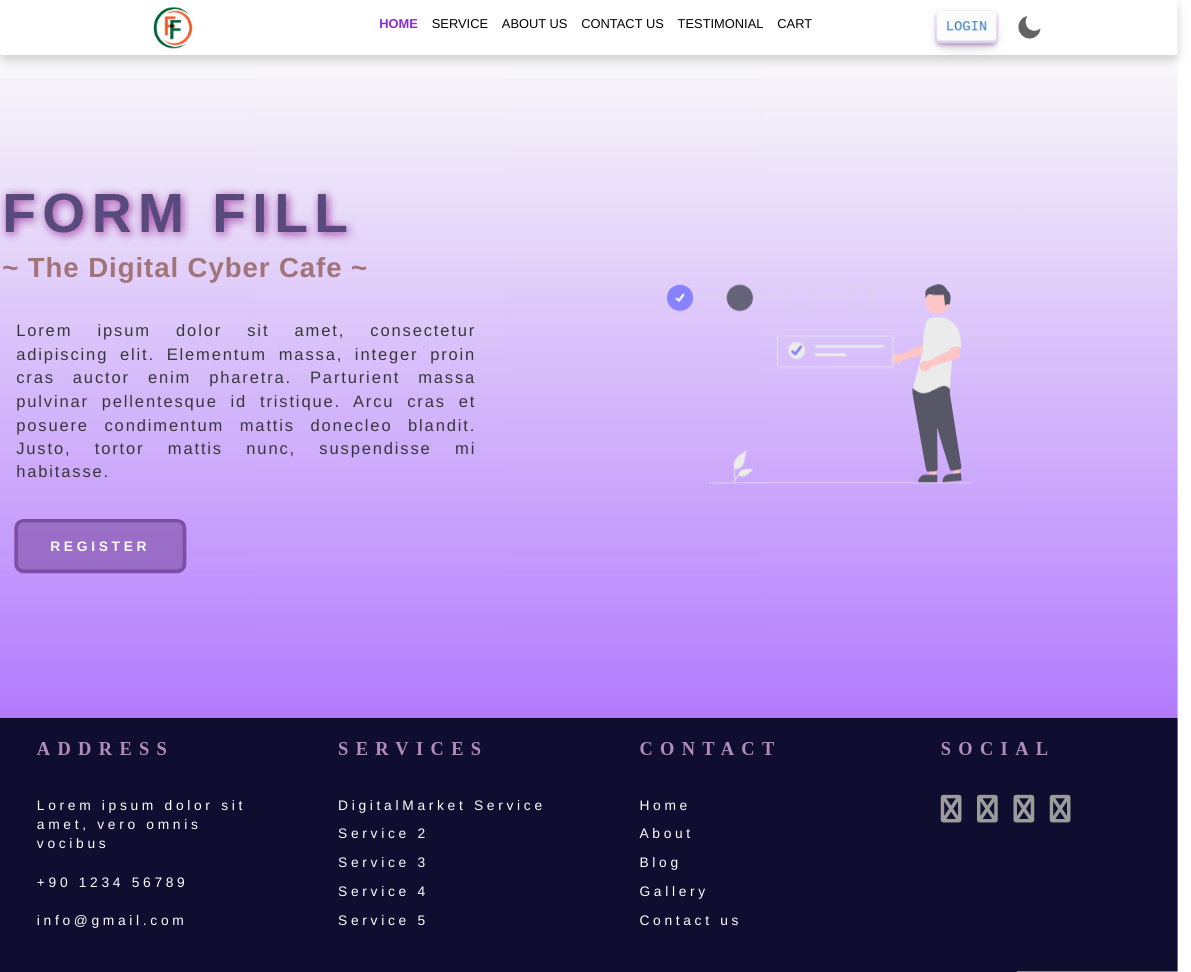
Repository: codervivek5/Formfil
Page: index.html
An editor plug-in stored every save of this project. The page is shown before and after the next save, followed by the edit.
The browser window is 1280 px wide. The page is 1295 px wide, so the pictures cover 1295 px, including what lies to the right of the window. The pictures show the whole page, at 92% of full size.
Some web fonts or font styles are not loaded; a fallback is used.

Above is the page before, as saved 2023-03-04 21:09:56.

### index.html
<!DOCTYPE html>
<html lang="en">

<head>
	<meta charset="UTF-8" />
	<meta http-equiv="X-UA-Compatible" content="IE=edge" />
	<meta name="viewport" content="width=device-width, initial-scale=1.0" />
	<title>Home-FormFil</title>
	<link rel="stylesheet" href="style/style.css" />
     <link rel="stylesheet" href="style/theme.css">

	<link rel="stylesheet" href="https://maxcdn.bootstrapcdn.com/bootstrap/3.4.1/css/bootstrap.min.css">
	<script src="https://ajax.googleapis.com/ajax/libs/jquery/3.6.0/jquery.min.js"></script>
     <script src="https://maxcdn.bootstrapcdn.com/bootstrap/3.4.1/js/bootstrap.min.js"></script>

	<link rel="stylesheet" href="https://fonts.googleapis.com/css?family=Trirong" />
	<link rel="icon" type="image/x-icon" href="./img/crop_logo.png" />
	<link rel="stylesheet" href="https://cdnjs.cloudflare.com/ajax/libs/font-awesome/6.2.1/css/all.min.css">
</head>

<body>

    <div class="loader">
          <img class= "imgload" src="img/logo.png"  alt="">
     </div>

     <header class="navbar">
      <a href="index.html"><img class="logo" src="img/logo.png" width="100px" height="100px" /></a>

      <div class="navbar-opt">
        <ul class="navbar-list">
          <li><a href="index.html" class="nav-link active">HOME</a></li>
          <li><a href="pages/service.html" class="nav-link">SERVICE </a></li>
          <li><a href="pages/about_us.html" class="nav-link">ABOUT US </a></li>
          <li><a href="pages/contact-us.html" class="nav-link">CONTACT US </a></li>
          <li><a href="pages/testimonial.html" class="nav-link">TESTIMONIAL</a></li>
          <li><a href="pages/cart.html" class="nav-link">CART</a></li>
        </ul>
      </div>

      <div class="fixed-buttons">
        <button><a href="pages/login.html" class="lgn">LOGIN</a></button>
        <img src="img/moon.png" id="icon">
      </div>

      <div class="mobile-menu">
        <ion-icon name="menu-outline" class="menu-icon"></ion-icon>
        <ion-icon name="close-outline" class="menu-icon"></ion-icon>
      </div>

     </header>

	<div class="main">

		<div class="container">
			<div class="content animated fadeInLeft">
				<h1>FORM FILL</h1>
				<h2>~ The Digital Cyber Cafe ~</h2>
				<p class="para">
					Lorem ipsum dolor sit amet, consectetur adipiscing elit.
          Elementum massa, integer proin cras auctor enim pharetra.
					Parturient massa pulvinar pellentesque id tristique.
          Arcu cras et posuere condimentum mattis donecleo blandit.
          Justo, tortor mattis nunc, suspendisse mi habitasse.
				</p>
				<div class="btn">
					<a href="pages/signup.html"> <button class="btn1 button">REGISTER</button></a>
				</div>
			</div>
			<div class="shipp">
				<img src="img/svg.svg" />
        <!-- <img src="img/formfilSvg.svg" /> -->
			</div>
		</div>
	</div>

<!-- footer section -->
<footer>
    <div>
        <div class="row">
            <div class="col-lg-3 col-md-5 col-sm-4 col-xs-12">
                <ul class="adress">
                     <span>Address</span>
                     <li>
                        <p>Lorem ipsum dolor sit amet, vero omnis vocibus</p>
                      </li>

                      <li>
                        <p>+90 1234 56789</p>
                      </li>

                      <li>
                        <p>info@gmail.com</p>
                      </li>
                 </ul>
            </div>
            <div class="col-lg-3 col-md-5 col-sm-4 col-xs-12">
               <ul class="service">
                    <span>Services</span>
                    <li>
                       <a href="#">DigitalMarket Service</a>
                     </li>

                     <li>
                        <a href="#">Service 2</a>
                     </li>

                     <li>
                       <a href="#">Service 3</a>
                     </li>

                     <li>
                        <a href="#">Service 4 </a>
                     </li>

                     <li>
                       <a href="#">Service 5</a>
                    </li>
               </ul>
           </div>
            <div class="col-lg-3 col-md-3 col-sm-4 col-xs-12">
                <ul class="contact">
                     <span>Contact</span>
                     <li>
                        <a href="index.html">Home</a>
                      </li>

                      <li>
                         <a href="pages/about_us.html">About</a>
                      </li>

                      <li>
                        <a href="#">Blog</a>
                      </li>

                      <li>
                         <a href="#">Gallery </a>
                      </li>

                      <li>
                        <a href="pages/contact-us.html">Contact us</a>
                     </li>
                </ul>
            </div>

            <div class="col-lg-3 col-md-3 col-sm-4 col-xs-12">
               <ul class="social">
                    <span>Social</span>
                    <li>
                         <a href="https://www.facebook.com/codervivek"  target="_blank"><i class="fa fa-facebook fa-2x"></i></a>
                    </li>

                    <li>
                         <a href="https://github.com/codervivek5" target="_blank"><i class="fa fa-github fa-2x"></i></a>
                    </li>

                    <li>
                         <a href="https://www.linkedin.com/in/codervivek/" target="_blank"><i class="fa fa-linkedin fa-2x"></i></a>
                    </li>

                    <li>
                         <a href="https://twitter.com/codervivek5" target="_blank"><i class="fa fa-twitter fa-2x"></i></a>
                    </li>

                    <li>
                         <a href="https://www.youtube.com/codervivek" target="_blank"><i class="fa fa-youtube-play fa-2x"></i></a>
                   </li>
                  </ul>
            </div>
       </div>
    </div>
    <button class="back-to-top hidden">
     <svg
     xmlns="http://www.w3.org/2000/svg"
     class="back-to-top-icon"
     fill="none"
     viewBox="0 0 24 24"
     stroke="currentColor"
   >
     <path
       stroke-linecap="round"
       stroke-linejoin="round"
       stroke-width="2"
       d="M7 11l5-5m0 0l5 5m-5-5v12"
     />
   </svg></button>
</footer>


<script>

     // Javascript Code for Dark Mode Switch
	var icon = document.getElementById("icon");
	icon.onclick = function(){
		document.body.classList.toggle("dark-mode");
		if (document.body.classList.contains("dark-mode")){
			icon.src="img/sun.png";
		}
		else {
			icon.src="img/moon.png";
		}
	}
  //javascript for loader
  $(document).ready(function() {
      // Animate loader off screen
   setTimeout(function() {
    $(".loader").fadeOut("slow");
   }, 0);
  });
      // Javascript Code for Scroll to top Button
      const showOnPx = 100;
      const backToTopButton = document.querySelector(".back-to-top")

     const scrollContainer = () => {
       return document.documentElement || document.body;
      };

 document.addEventListener("scroll", () => {
   if (scrollContainer().scrollTop > showOnPx) {
     backToTopButton.classList.remove("hidden")
   } else {
     backToTopButton.classList.add("hidden")
   }
 })
 const goToTop = () => {
   document.body.scrollIntoView({
     behavior: "smooth",
   });
 };
 backToTopButton.addEventListener("click", goToTop);

 const mobile_nav= document.querySelector('.mobile-menu');
const nav_header= document.querySelector(".navbar");

const toggleNav = () =>{
  nav_header.classList.toggle("switchOn");
}

mobile_nav.addEventListener('click', () => toggleNav());

</script>
<script type="module" src="https://unpkg.com/ionicons@5.5.2/dist/ionicons/ionicons.esm.js"></script>
<script nomodule src="https://unpkg.com/ionicons@5.5.2/dist/ionicons/ionicons.js"></script>
</body>
</html>

### style/style.css
@import url('https://fonts.googleapis.com/css2?family=Tilt+Prism&display=swap');

body{
	margin:0;
	padding:0;
	background:black;
font-family: 'Times New Roman', Times, serif;
overflow-x: hidden;
}
.main{
	position: relative;
	height:100%;
	width:100%;
	background-position: center;
	background-repeat: no-repeat;
	background-size: cover;
	opacity: 0.8;

}
.navbar{
    padding: 0 !important;
    padding: 0 3rem;
    height: 6rem;
    display: flex;
    justify-content: space-between;
    align-items: center;
    margin-bottom: 0 !important;
    box-shadow: 0px 5px 10px #48464640 !important;
    z-index: 999;
}

.navbar-opt{
    transition: all 0.5s;
  }

  .navbar-list{
    display: flex;
    gap: 1.5rem;
    list-style: none;
  }

  .fixed-buttons{
    display: flex;
    justify-content: center;
    align-items: center;
    column-gap: 1rem;
  }

  .active{
    font-weight: 700 !important;
  }

  .nav-link:link,
.nav-link:visited {
  display: inline-block;
  text-decoration: none;
  color: black;
}

.mobile-menu{
  display: none;
  background: transparent;
  cursor: pointer;
}

.menu-icon{
  width: 3.2rem;
  height: 3.2rem;
  z-index: 1000;
}

.menu-icon[name="close-outline"]{
  display: none;
}

.fixed-buttons button{
  align-items: center;
  appearance: none;
  background-color: #FCFCFD;
  border-radius: 4px;
  border-width: 0;
  box-shadow: #7b378e7b 0 2px 4px,#c1b6c4a8 0 7px 13px -3px,#D6D6E7 0 -3px 0 inset;
  box-sizing: border-box;
  color: #36395A;
  cursor: pointer;
  display: inline-flex;
  font-family: "JetBrains Mono",monospace;
  height: 3.5rem;
  justify-content: center;
  line-height: 1;
  list-style: none;
  overflow: hidden;
  padding-left: 1rem;
  padding-right: 1rem;
  position: relative;
  text-align: left;
  text-decoration: none;
  transition: box-shadow .15s,transform .15s;
  user-select: none;
  -webkit-user-select: none;
  touch-action: manipulation;
  white-space: nowrap;
  will-change: box-shadow,transform;
  font-size: 1.5rem;
}

.fixed-buttons button:focus {
    box-shadow: #D6D6E7 0 0 0 1.5px inset, rgba(45, 35, 66, 0.4) 0 2px 4px, rgba(45, 35, 66, 0.3) 0 7px 13px -3px, #D6D6E7 0 -3px 0 inset;
  }

  .fixed-buttons button:hover {
    box-shadow: rgba(45, 35, 66, 0.4) 0 4px 8px, rgba(45, 35, 66, 0.3) 0 7px 13px -3px, #D6D6E7 0 -3px 0 inset;
    transform: translateY(-2px);
  }

  .fixed-buttons button:active {
    box-shadow: #D6D6E7 0 3px 7px inset;
    transform: translateY(2px);
  }

@media (max-width:1220px){
    .navbar-list{
      gap: 0.3rem;
    }
  }

  @media (max-width:1030px){
    .mobile-menu{
      display: block;
    }

    .navbar{
      padding: 0 1rem;
      position: relative;
    }

    .navbar-opt{
      width: 100vw;
      height: 100vh;
      background-color: #484646dd;
      position: absolute;
      top: 0;
      left: 0;
      display: flex;
      justify-content: center;
      /* transform: translateY(100%); */
      transition: all 0.5s linear;
      opacity: 0;
      visibility: hidden;
      pointer-events: none;
    }

    .navbar-list{
      flex-direction: column;
      align-items: center;
      justify-content: center;
      font-size: 1.7rem;
      font-weight: 500;
    }

    .switchOn .navbar-opt{
      opacity: 1;
      visibility: visible;
      pointer-events: auto;
    }

    .switchOn .mobile-menu .menu-icon[name="close-outline"]{
      display: block;
    }

    .switchOn .mobile-menu .menu-icon[name="menu-outline"]{
      display: none;
    }

  }

  .nav-link:hover{
    color: grey !important;
  }

    /* ____________________________________________________________________________________________________________ */

.container{
    display: flex;
    justify-content: space-between;
    align-items: center;
    position: relative;
    top: 20vh;
    padding: 0px 25px;
}
.shipp{
  padding-left: 50px;
}
.shipp img{
    width: 60vh;
}
.content{
  display: flex;
  flex-direction: column;
  margin-left: -110px;
}
.content h1{
    color: #2a1958;
    text-shadow: 2px 2px 10px purple;
    font-size: 6rem;
    letter-spacing: 7px;
    margin-top: -5px;
    font-weight: bold;
}
.content h2{
  color: rgba(0, 0, 0, 0.87);
	width:100%;
  font-weight: bold;
  margin-top: -1px;
  letter-spacing: 1px;
}
.content .para{
  color: black;
	width:100%;
  text-align: justify;
  font-size: 18px;
  margin-top: 30px;
  padding-left: 60px;
  letter-spacing: 2px;
  font-weight: 500;

}
.content .btn{
  text-align: left;
  margin-left: 45px;
  margin-top: 20px;
}
.content button{
    padding: 15px 35px;
    border-radius: 10px;
    border: none;
    background-color: rgba(90, 34, 139,0.6) !important;
    border: 4px solid rgba(90, 34, 139);
    color: white !important;
    font-weight: bold !important;
    letter-spacing: 4px;
    font-size: 15px !important;
    transition: transform .2s;
}
.btn1:hover{
  transform: scale(1.15);
  background-color: rgba(90, 34, 139,0.2) !important;
  color: white !important;
}

@media only screen and (max-width: 1300px){
    .shipp img{
      width: 50vw;
      height: 30vh;
  }
  }

  @media only screen and (max-width: 500px){
    .container{
      display: flex;
      flex-direction: column;
      padding: 0 !important;
      margin: 0 !important;
    }
    .content{
      width: 100vw;
      display: flex;
      flex-direction: column;
      justify-content: center;
      align-items: center;
      padding: 0 !important;
      margin: 0 !important;
    }
    .shipp img{
      width: 50vw;
      height: 40vh;
  }
  .content h1{
    font-size: 3rem;
  }
  .content h2{
    font-size: 2rem;
  }
  .content .para{
    font-size: 1.5rem;
  }
  }
/* footer */
footer{
     background-color: #0f0e31;
     padding:20px 0px;
     z-index: 1;
}

footer ul li{
    padding:5px 0px;
}

.adress span , .contact span , .social span, .service span{
   color: #FFF;
   font-weight: 800;
   padding-bottom: 10px;
   margin-bottom: 20px;
   display: block;
   text-transform: uppercase;
   font-size: 20px;
   letter-spacing: 3px;
}

.adress li p , .contact li a , .social li a, .service li a{
    color:#FFF;
    letter-spacing: 2px;
    text-decoration:none;
    font-size:15px;
    font-style: sans-serif;
}

.social li{
    float:left;
}

.adress , .contact , .social , .service{
    list-style: none;
}

.fa{
    color:#9c9c9c;
    margin-right: 15px;
    font-size:24px;
}
.service span{
    letter-spacing: 8px;
    font-family:'Tilt Prism', cursive;
    color:rgb(179,140,189);
}
.contact span{
    letter-spacing: 8px;
    font-family: 'Tilt Prism', cursive;
    color:rgb(179,140,189);

}
.adress span{
    letter-spacing: 8px;
    font-family:'Tilt Prism', cursive;
    color:rgb(179,140,189);
}
.social span{
    letter-spacing: 8px;
    font-family:'Tilt Prism', cursive;
    color:rgb(179,140,189);
}
.service a{
    letter-spacing: 4px !important;
    position: relative;
    transition: all 0.5s ease;
    -webkit-transition: all 0.5s ease;
}
.service a:hover {
    color: rgb(137,130,255) !important;
    transition: all 1s ease;
    -webkit-transition: all 1s ease;
}

 .service a:before, .service a:after {
  content: '';
  position: absolute;
  width: 0%;
  height: 1px;
  bottom: -1px;
  background:rgb(204,214,246);
}

.imgload{
	height: 25%;
	width: 15%;

}
.loader{
    position: fixed;
    z-index: 1;
    top: 0;
    left: 0;
    background: #7b378ec4;
    height: 100%;
    width: 100%;
    display: flex;
    justify-content: center;
    align-items: center;
  }

  .loader.hidden{
    animation: fadeOut 2s forwards;
  }
  @keyframes fadeOut {
    100%{
      opacity: 100%;
      visibility: hidden;
    }
  }



.adress p{
    letter-spacing: 4px !important;
    position: relative;
    transition: all 0.5s ease;
    -webkit-transition: all 0.5s ease;
}
.adress p:hover {
    color: rgb(14, 214, 3) !important;
    transition: all 1s ease;
    -webkit-transition: all 1s ease;
}
.contact a{
    letter-spacing: 4px !important;
    position: relative;
    transition: all 0.5s ease;
    -webkit-transition: all 0.5s ease;
}
.contact a:hover {
    color: rgb(212, 1, 227) !important;
    transition: all 1s ease;
    -webkit-transition: all 1s ease;
}
.social i{
    position: relative;
}
.social i:hover {
    color: rgb(15, 3, 252) !important;
    transition: all 1s ease;
    -webkit-transition: all 1s ease;
}
.back-to-top {
    position: fixed;
    right: 2rem;
    bottom: 2rem;
}
.hidden {
    display: none;
        opacity: 0%;

  }
.back-to-top {
    position: fixed;
    right: 2rem;
    bottom: 2rem;
    border-radius: 100%;
    background: gray;
    padding: 1.5rem;
    border: none;
    cursor: pointer;
    opacity: 100%;
    transition: opacity 0.5s;
  }
  .back-to-top-icon {
    width: 2rem;
    height: 2rem;
    color: white;
  }
  .back-to-top:hover {
    opacity: 60%;
  }

.footerpart{
	text-align: center;
}
.animated {
  -webkit-animation-duration: 7s;
  animation-duration: 7s;
  -webkit-animation-fill-mode: both;
  animation-fill-mode: both;
}

@-webkit-keyframes fadeInLeft {
  0% {
     opacity: 0;
     -webkit-transform: translateX(-100px);
  }
  100% {
     opacity: 1;
     -webkit-transform: translateX(0);
  }
}
.fadeInLeft {
  -webkit-animation-name: fadeInLeft;
  animation-name: fadeInLeft;
}






    /* ____________________________________________________________________________________________________________ */

### style/theme.css
:root{
	--color--main: linear-gradient(rgba(244, 245, 243, 0.712),rgba(159, 90, 253,1));
	--color--footer: rgb(119, 5, 100);
	--color--h1: #2a1958;
	--color--h2: rgba(122, 60, 60, 0.87);
	--color--p: black;
	--color--btn: #2a1958;
	--color--nav: black;
	--color--nav_before:#2a1958;
	--color--customnav: white;
}
.dark-mode{
	--color--main: linear-gradient(#4b075ac4,rgba(28, 1, 41, 0.712));
	--color--footer: rgb(65, 3, 55);
	--color--h1: rgb(255, 255, 255);
	--color--h2: rgb(233, 233, 233);
	--color--p: white;
	--color--btn: #130735;
	--color--nav: rgb(215, 244, 248);
	--color--nav_before:rgb(215, 244, 248);
	--color--customnav: rgb(174, 147, 180);
}
#icon{
	width: 30px;
	cursor: pointer;
	margin: 10px;
}
.main{
	position: relative;
	height:100vh;
	width:100%;
	background:var(--color--main);
	background-position: center;
	background-repeat: no-repeat;
	background-size: cover;
	opacity: 0.8;
}
.navbar{
	background-color: var(--color--customnav);
}

.nav-link{
	color: var(--color--p) !important;
}

.active{
	color: blueviolet !important;
}
.content h1{
    color:var(--color--h1);
margin-left: 8%;
}
.content h2{
    color: var(--color--h2);
    margin-left: 8%;
}
.content .para{
    color: var(--color--p);
}
.content .btn1 {
    background-color: var(--color--btn);
    color:honeydew;

}
.footer{
	background-color:var(--color--footer);
	display: block;
	justify-content: center;
	align-items: center;
	width: 100%;
	height: 40vh;

}

After the next save:
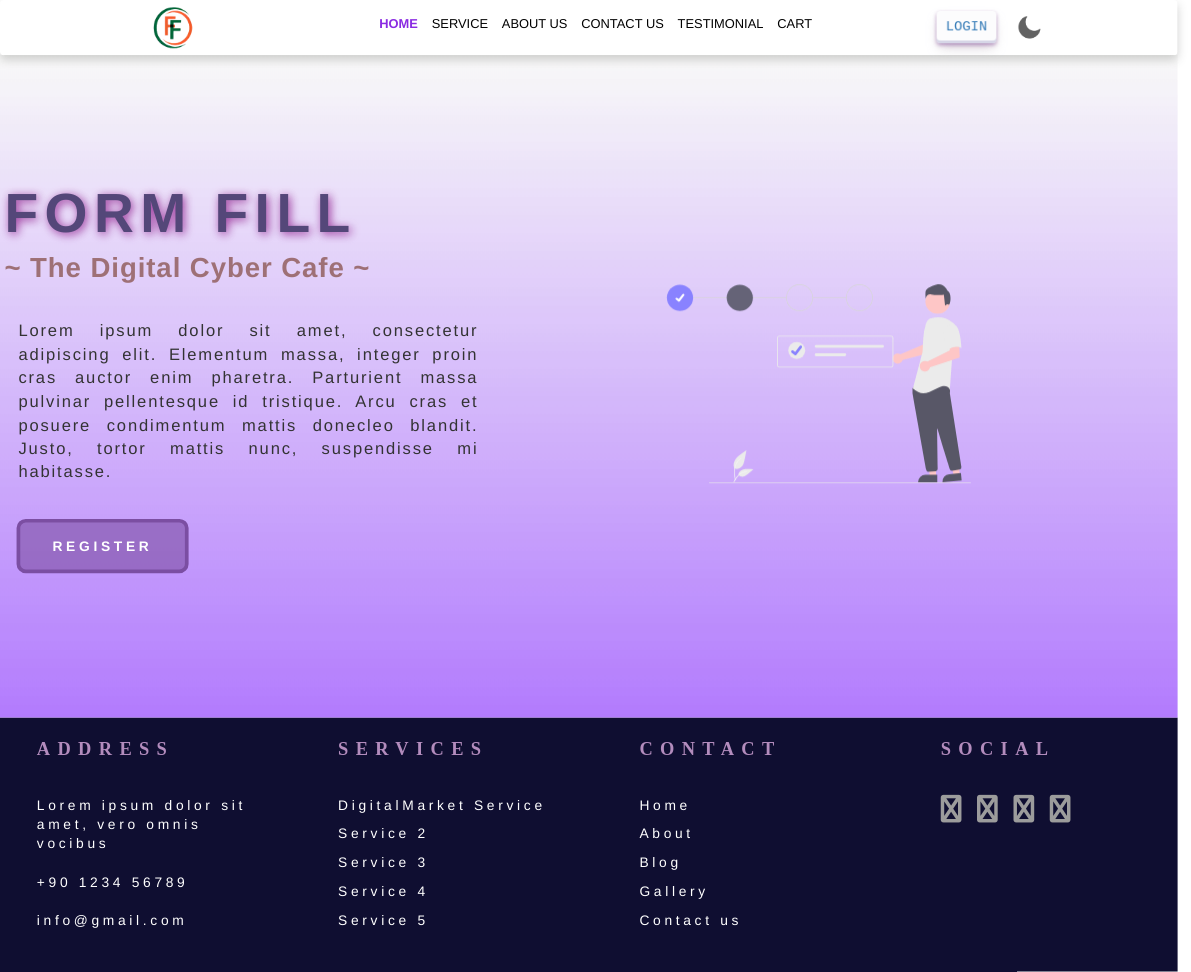
Saved 20 s later.
--- a/style/style.css
+++ b/style/style.css
@@ -465,8 +465,8 @@ footer ul li{
 	text-align: center;
 }
 .animated {
-  -webkit-animation-duration: 7s;
-  animation-duration: 7s;
+  -webkit-animation-duration: 5s;
+  animation-duration: 5s;
   -webkit-animation-fill-mode: both;
   animation-fill-mode: both;
 }
